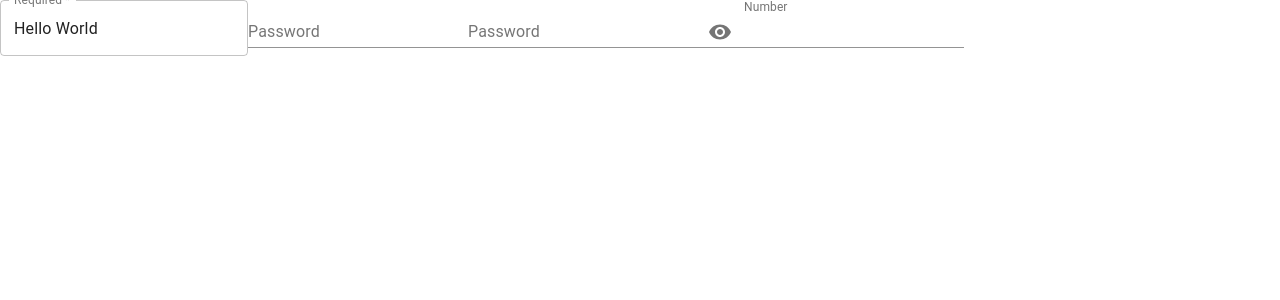
Repository: 0101chaitanya/html-forms
Page: /
The author's editor kept a copy of each file at every save. The page is drawn from the files as they stood at one save, then again after the next save.
The browser window is 1280 px wide. The pictures show the whole page.
The project was rebuilt for these pictures with package versions that can differ from the ones it lists, and the page was loaded fresh each time. Also part of the build but not shown: src/components/Layout.js, src/App.css.

Above is the page before, as saved 2021-08-14 13:42:50.

After the next save:
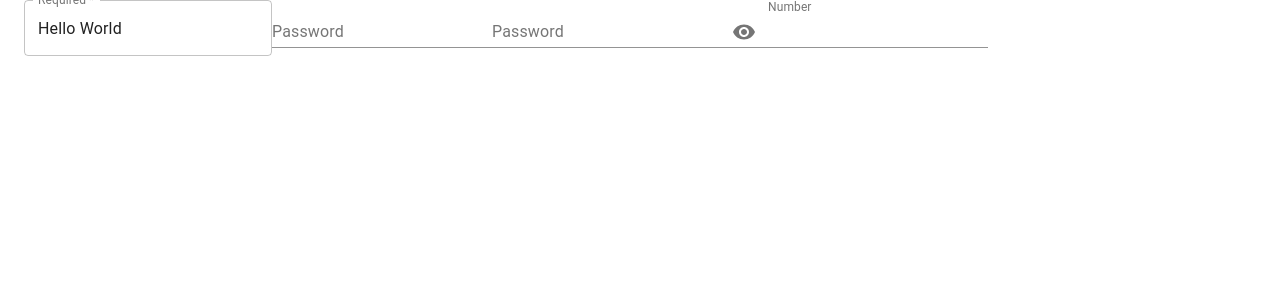
Saved 69 s later.
--- a/src/App.js
+++ b/src/App.js
@@ -1,4 +1,4 @@
-import { ThemeProvider } from "@material-ui/core";
+import { Container, ThemeProvider } from "@material-ui/core";
 
 import { BrowserRouter, Switch, Route } from "react-router-dom";
 
@@ -8,7 +8,11 @@ import "./App.css";
 
 function App() {
   console.log("hi");
-  return <Form />;
+  return (
+    <Container>
+      <Form />
+    </Container>
+  );
 }
 
 export default App;
